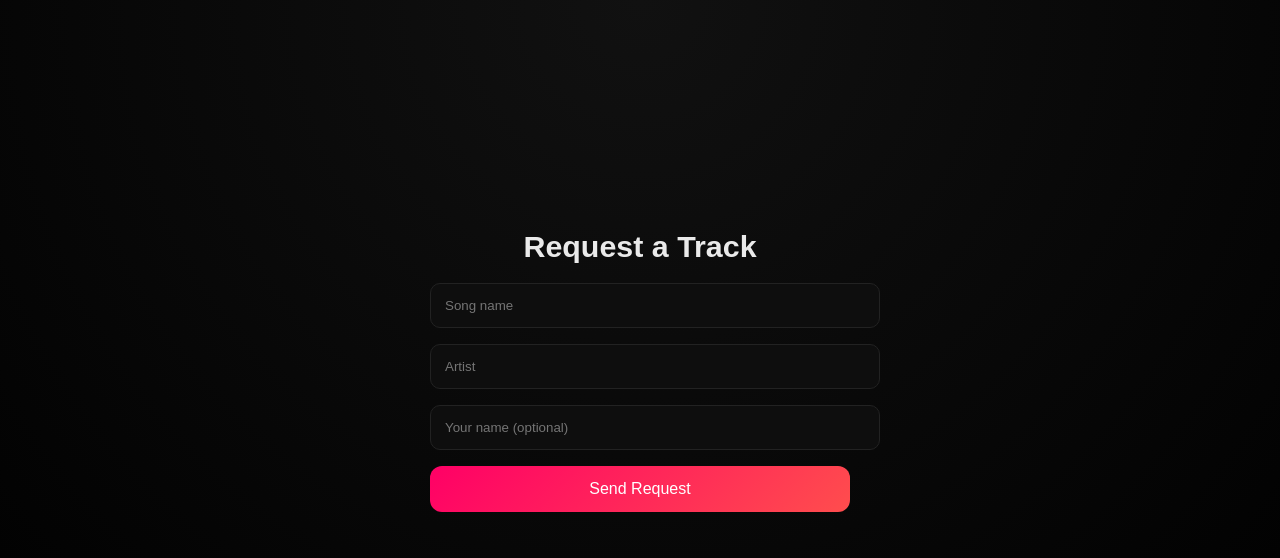
Repository: AryanHeravi/DJ-Request
Page: song_request.html
These files come from the project's save history. The page is drawn as it stood at one moment and after the next save; the edit follows.
The browser window is 1280 px wide. The pictures show the whole page.

Above is the page before, as saved 2026-01-29 00:31:50.
Console error: ReferenceError: emailjs is not defined

After the next save:
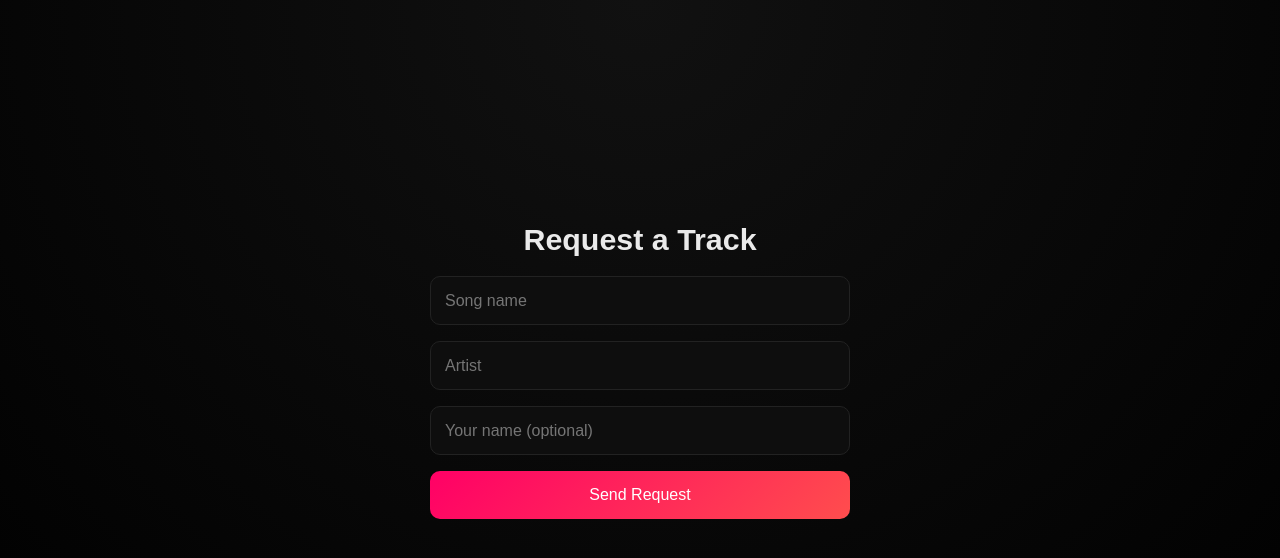
Saved 4 min 59 s later.
--- a/song_request.html
+++ b/song_request.html
@@ -51,22 +51,26 @@ h1 {
   margin-bottom: 1.2rem;
 }
 
-input {
+/* unified sizing fix */
+input,
+button {
   width: 100%;
   padding: 14px;
+  box-sizing: border-box;
+  border-radius: 10px;
+  font-size: 1rem;
+  line-height: 1.2;
+}
+
+input {
   margin-bottom: 1rem;
   background: #0e0e0e;
   border: 1px solid #222;
-  border-radius: 10px;
   color: #fff;
 }
 
 button {
-  width: 100%;
-  padding: 14px;
-  border-radius: 12px;
   border: none;
-  font-size: 1rem;
   cursor: pointer;
 }
 
@@ -83,7 +87,9 @@ button {
   margin-top: 0.7rem;
 }
 
-.hidden { display: none; }
+.hidden {
+  display: none;
+}
 
 .tip-note {
   font-size: 0.85rem;
@@ -135,11 +141,6 @@ button {
 </div>
 
 <script>
-// ==========================
-// 🔧 TEST MODE
-// ==========================
-const FORCE_OPEN = true; // ← set to false before your shift
-
 emailjs.init('6o_OSihC1KZB6rAKo');
 
 const form = document.getElementById('songForm');
@@ -151,22 +152,20 @@ const note = document.getElementById('note');
 
 function isOpenNow() {
   const now = new Date();
-  const day = now.getDay(); // 0 Sun → 6 Sat
+  const day = now.getDay(); // 0 = Sun
   const hour = now.getHours();
   const min = now.getMinutes();
 
-  if (FORCE_OPEN) return { open: true, hour, min };
-
   const open =
-    (day === 4 && hour >= 20) || // Thu night
-    (day === 5 && hour < 2) ||
-    (day === 5 && hour >= 20) ||
-    (day === 6 && hour < 2) ||
-    (day === 6 && hour >= 20) ||
-    (day === 0 && hour < 2) ||
-    (day === 0 && hour >= 20) ||
-    (day === 1 && hour < 2) ||
-    (day === 1 && hour >= 20) ||
+    (day === 4 && hour >= 20) || // Thu
+    (day === 5 && hour < 2)  ||
+    (day === 5 && hour >= 20)||
+    (day === 6 && hour < 2)  ||
+    (day === 6 && hour >= 20)||
+    (day === 0 && hour < 2)  ||
+    (day === 0 && hour >= 20)||
+    (day === 1 && hour < 2)  ||
+    (day === 1 && hour >= 20)||
     (day === 2 && hour < 2);
 
   return { open, hour, min };
@@ -195,7 +194,7 @@ function updateUI() {
   const { open, hour, min } = isOpenNow();
 
   if (open) {
-    statusEl.textContent = FORCE_OPEN ? "OPEN (TEST MODE)" : "OPEN";
+    statusEl.textContent = "OPEN";
     statusEl.className = "status open";
     countdownEl.textContent = "";
     note.classList.add('hidden');
